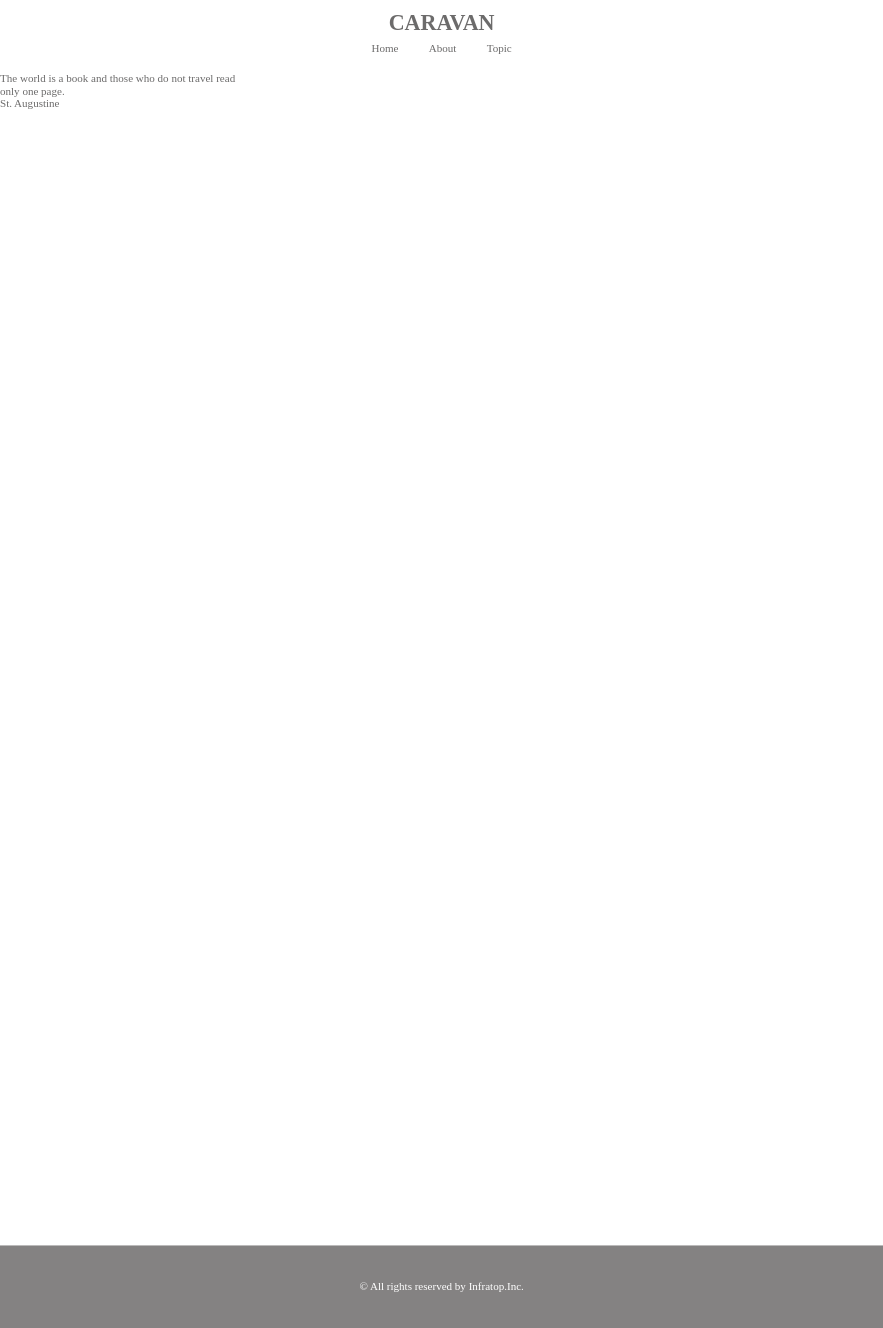
Repository: sutanuki/webcamp
Page: html,css/caravan/index.html
The author's editor kept a record of every edit. The page is drawn from the files as they stood at one moment, then again after the next edit.
The browser window is 1280 px wide. The pictures show the whole page, at 69% of full size.

Above is the page before.

After the next edit:
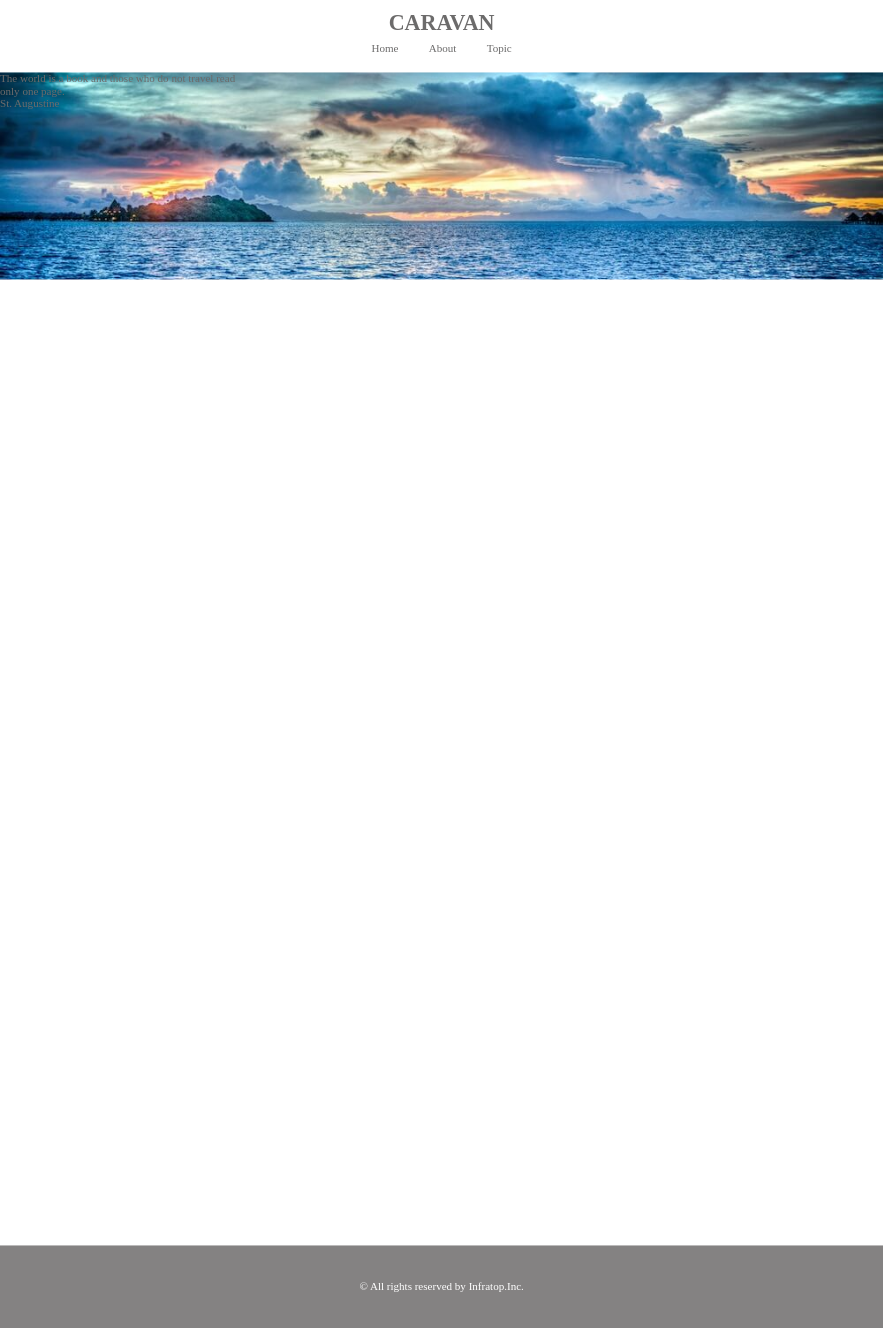
The edit:
--- a/html,css/caravan/style.css
+++ b/html,css/caravan/style.css
@@ -29,6 +29,10 @@
 .main-visual {
   width: 100%;
   height: 300px;
+  background-image: url(img/mv.jpg);
+  background-size: cover;
+  background-position: center;
+
 }
 .main-visual-content {
   width: 350px;
